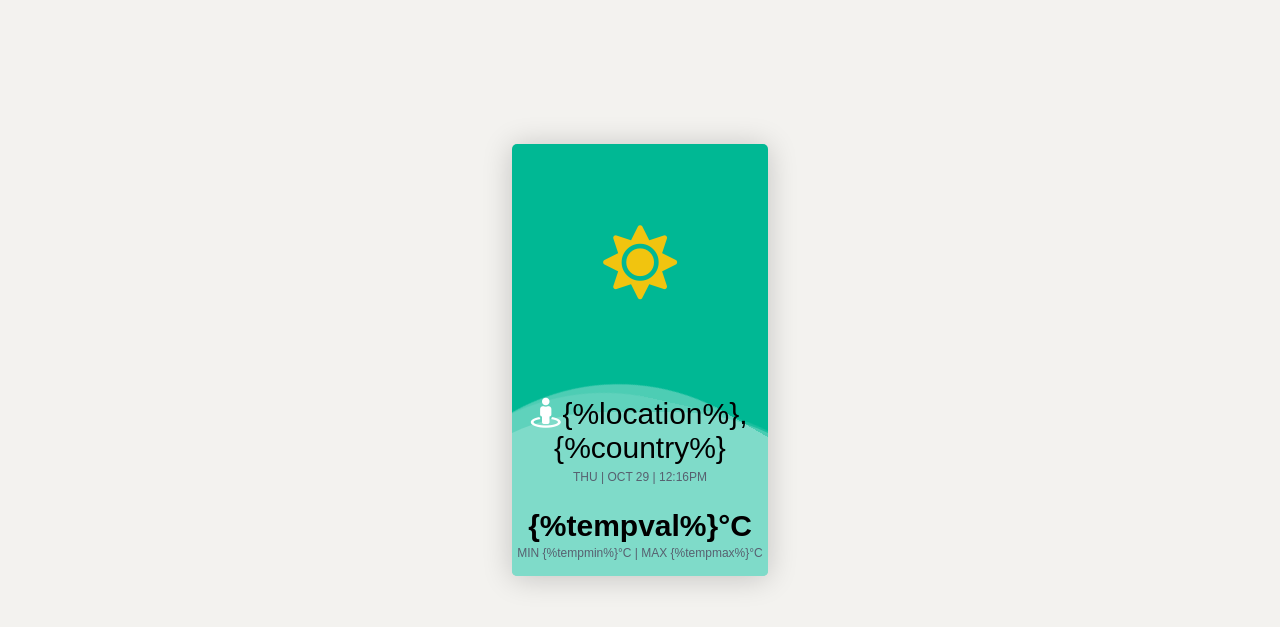
Repository: AalokJadhav/Weather_Website
Page: home.html
An editor plug-in stored every save of this project. The page is shown before and after the next save, followed by the edit.
The browser window is 1280 px wide. The pictures show the whole page.
Some web libraries are served in a nearby version.

Above is the page before, as saved 2020-11-02 23:56:24.

After the next save:
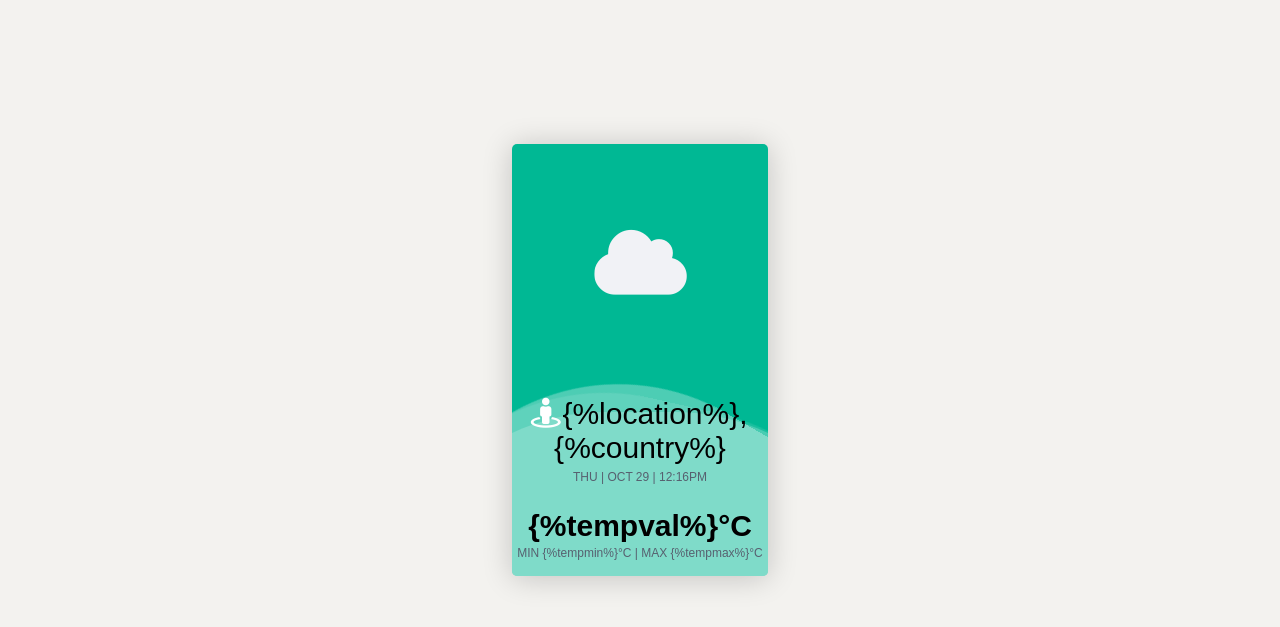
Saved 4 min 21 s later.
--- a/home.html
+++ b/home.html
@@ -232,7 +232,22 @@
     <script>
         const curDate = document.getElementById('date');
         let weathercon = document.getElementById('weathercon');
-        const tempStatus = "clouds";
+        const tempStatus = "{%tempstatus%}";
+
+        //condition to check sunny or cloudy
+        if (tempStatus == "Sunny") {
+            weathercon.innerHTML =
+                "<i class='fas  fa-sun' style='color: #eccc68;'></i>";
+        } else if (tempStatus == "Clouds") {
+            weathercon.innerHTML =
+                "<i class='fas  fa-cloud' style='color: #f1f2f6;'></i>";
+        } else if (tempStatus == "Rainy") {
+            weathercon.innerHTML =
+                "<i class='fas  fa-cloud-rain' style='color: #a4b0be;'></i>";
+        } else {
+            weathercon.innerHTML =
+                "<i class='fas  fa-cloud' style='color:#f1f2f6;'></i>";
+        }
 
         const getCurrentDay = () => {
             var weekday = new Array(7);
@@ -271,7 +286,7 @@
             var date = now.getDate();
 
             let hours = now.getHours();
-            let mins = now .getMinutes()
+            let mins = now.getMinutes()
 
             let periods = 'AM';
 
@@ -286,7 +301,7 @@
             return `${month} ${date} | ${hours}:${mins}${periods}`
             console.log(month + "/", + day);
         };
-        curDate.innerHTML = getCurrentDay() + ' | ' +  getCurrentTime()
+        curDate.innerHTML = getCurrentDay() + ' | ' + getCurrentTime()
         getCurrentTime();
 
 
